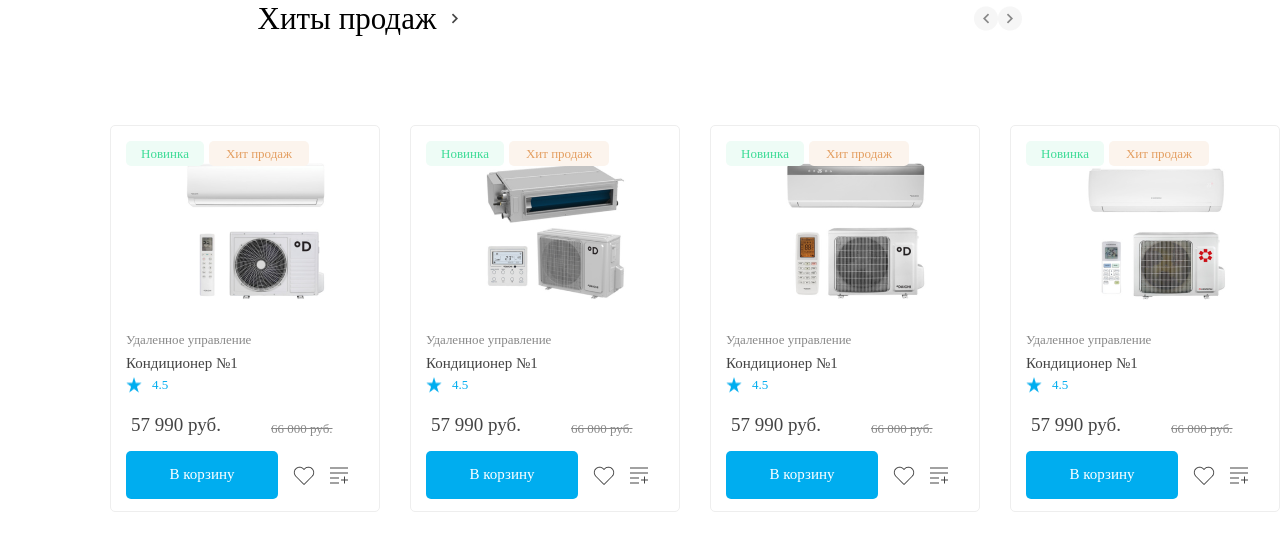
Repository: NikaMana/us
Page: index.html
These files come from the project's save history. The page is drawn as it stood at one moment and after the next save; the edit follows.
The browser window is 1280 px wide. The page is 1286 px wide, so the pictures cover 1286 px, including what lies to the right of the window. The pictures show the whole page.

Above is the page before, as saved 2021-09-15 17:01:34.

### index.html
<!DOCTYPE html>
<html lang="ru">
<head>
    <meta charset="utf-8">
    <title>Main page</title>
    <meta name="viewport" content="widht=1100, initial-scale=1.0">
    <link rel="stylesheet" href="./styles.css">


</head>
<body>
<div class="welcome">
  <div class="welcome__container">
    <div class="welcome__up">
      <div class="welcome__left">
        <h1 class="welcome__hits">Хиты продаж</h1>
        <img class="welcome__arr" src="/img/arrbl.png" alt="blackarrow">
      </div>
      <div class="welcome__right">
        <img class="welcome__arr-left" src="/img/arrleft.png" alt="arrowleft">
        <img class="welcome__arr-right" src="/img/arrright.png" alt="arrowright">
      </div>
    </div>
      <div class="welcome__block-container">
        <div class="welcome__block">
          <div class="welcome__news">
            <div class="welcome__new">Новинка</div>
            <div class="welcome__sale">Хит продаж</div>
          </div>
          <img class="welcome__pic" src="/img/pic1.png" alt="condition">
          <h4 class="welcome__control">Удаленное управление</h4>
          <h3 class="welcome__condition">Кондиционер №1</h3>
          <div class="welcome__rating">
            <img class="welcome__star" src="/img/Star.png" alt="star">
            <span class="welcome__score">4.5</span>
          </div>
          <div class="welcome__price">
            <h2 class="welcome__price-current">57 990 руб.</h2>
            <h3 class="welcome__price-past">66 000 руб.</h3>
          </div>
          <div class="welcome__adding">
            <button class="welcome__button">В корзину</button>
            <img class="welcome__like" src="/img/like.png" alt="like">
            <img class="welcome__plus" src="/img/add.png" alt="add">
          </div>
        </div>
        <div class="welcome__block">
          <div class="welcome__news">
            <div class="welcome__new">Новинка</div>
            <div class="welcome__sale">Хит продаж</div>
          </div>
          <img class="welcome__pic" src="/img/pic2.png" alt="condition">
          <h4 class="welcome__control">Удаленное управление</h4>
          <h3 class="welcome__condition">Кондиционер №1</h3>
          <div class="welcome__rating">
            <img class="welcome__star" src="/img/Star.png" alt="star">
            <span class="welcome__score">4.5</span>
          </div>
          <div class="welcome__price">
            <h2 class="welcome__price-current">57 990 руб.</h2>
            <h3 class="welcome__price-past">66 000 руб.</h3>
          </div>
          <div class="welcome__adding">
            <button class="welcome__button">В корзину</button>
            <img class="welcome__like" src="/img/like.png" alt="like">
            <img class="welcome__plus" src="/img/add.png" alt="add">
          </div>
        </div>
        <div class="welcome__block">
          <div class="welcome__news">
            <div class="welcome__new">Новинка</div>
            <div class="welcome__sale">Хит продаж</div>
          </div>
          <img class="welcome__pic" src="/img/pic3.png" alt="condition">
          <h4 class="welcome__control">Удаленное управление</h4>
          <h3 class="welcome__condition">Кондиционер №1</h3>
          <div class="welcome__rating">
            <img class="welcome__star" src="/img/Star.png" alt="star">
            <span class="welcome__score">4.5</span>
          </div>
          <div class="welcome__price">
            <h2 class="welcome__price-current">57 990 руб.</h2>
            <h3 class="welcome__price-past">66 000 руб.</h3>
          </div>
          <div class="welcome__adding">
            <button class="welcome__button">В корзину</button>
            <img class="welcome__like" src="/img/like.png" alt="like">
            <img class="welcome__plus" src="/img/add.png" alt="add">
          </div>
        </div>
        <div class="welcome__block">
          <div class="welcome__news">
            <div class="welcome__new">Новинка</div>
            <div class="welcome__sale">Хит продаж</div>
          </div>
          <img class="welcome__pic" src="/img/pic4.png" alt="condition">
          <h4 class="welcome__control">Удаленное управление</h4>
          <h3 class="welcome__condition">Кондиционер №1</h3>
          <div class="welcome__rating">
            <img class="welcome__star" src="/img/Star.png" alt="star">
            <span class="welcome__score">4.5</span>
          </div>
          <div class="welcome__price">
            <h2 class="welcome__price-current">57 990 руб.</h2>
            <h3 class="welcome__price-past">66 000 руб.</h3>
          </div>
          <div class="welcome__adding">
            <button class="welcome__button">В корзину</button>
            <img class="welcome__like" src="/img/like.png" alt="like">
            <img class="welcome__plus" src="/img/add.png" alt="add">
          </div>
        </div>
      </div>
  </div>
</div>
</body>

### styles.css
*{
  margin: 0;
  padding: 0;
  box-sizing: border-box;
}
button{
  border: none;
  background: no-repeat;
}
h1, h2,h3,h4,h5{
  font-family: none;
}
.welcome{
  position: absolute;
  width: 100%;
  height: 100%;
  z-index: 0;
}
.welcome__container{
  margin: auto;
}
.welcome__up{
  display: flex;
  flex-direction: row;
  flex-wrap: wrap;
  align-content: center;
  justify-content: space-between;
}
.welcome__left{
  display: flex;
  align-items: center;
  margin: auto;
}
.welcome__right{
  display: flex;
  align-items: center;
  margin: auto;
}
.welcome__hits{
font-family: Gotham Pro;
font-size: 31px;
font-style: normal;
font-weight: 300;
line-height: 37px;
letter-spacing: 0em;
text-align: left;
margin-right: 15px;
}
.welcome__block-container{
  display: flex;
  flex-direction: row;
  flex-wrap: wrap;
  align-content: center;
  justify-content: center;
}
.welcome__news{
  z-index: 1;
  display: flex;
  position: fixed;
}
.welcome__new{
  margin-right: 5px;
align-items: center;
padding: 5px 10px;
position: static;
width: 78px;
height: 25px;
left: 0px;
top: 0px;
background: #EEFCF6;
border-radius: 5px;
font-family: Gotham Pro;
font-style: normal;
font-weight: normal;
font-size: 13px;
line-height: 15px;
text-align: center;
color: #3DDC97;
}
.welcome__sale{
  position: static;
  padding: 5px 10px;
width: 100px;
height: 25px;
left: 83px;
top: 0px;
background: #FCF4ED;
border-radius: 5px;
font-family: Gotham Pro;
font-style: normal;
font-weight: normal;
font-size: 13px;
line-height: 15px;
align-items: center;
text-align: center;
color: #E49F62;
}
.welcome__block{
height: 387px;
width: 270px;
left: 55px;
top: 88px;
border-radius: 5px;
position: relative;
height: 387px;
left: 55px;
right: 955px;
top: 88px;
background: #FFFFFF;
border: 1px solid #EEEEEE;
box-sizing: border-box;
border-radius: 5px;
margin: 0px 15px;
padding: 15px;
}
.welcome__pic{
z-index: 0;
margin: 15px;
height: 150px;
left: 20px;
right: 20px;
top: 20px;
}
.welcome__control{
  position: static;
width: 230px;
height: 19px;
left: 0px;
top: 0px;
font-family: Gotham Pro;
font-style: normal;
font-weight: normal;
font-size: 13px;
line-height: 19px;
color: #888888;
flex: none;
order: 0;
align-self: stretch;
flex-grow: 0;
margin: 5px 0px;
}
.welcome__condition{
  position: static;
width: 230px;
height: 18px;
left: 0px;
top: 0px;
font-family: Gotham Pro;
font-style: normal;
font-weight: normal;
font-size: 15px;
line-height: 18px;
color: #444444;
flex: none;
order: 0;
align-self: stretch;
flex-grow: 0;
margin: 5px 0px;
}
.welcome__rating{
  display: flex;
}
.welcome__star{
  position: static;
width: 16px;
height: 16px;
left: 0px;
top: 0px;
flex: none;
order: 0;
flex-grow: 0;
margin-right: 5px;
}
.welcome__score{
  position: static;
width: 165px;
height: 15px;
left: 21px;
top: 0px;
font-family: Gotham Pro;
font-style: normal;
font-weight: normal;
font-size: 13px;
line-height: 15px;
display: flex;
align-items: center;
color: #00ADEF;
flex: none;
order: 1;
flex-grow: 1;
margin: 0px 5px;
}
.welcome__price{
  display: flex;
  margin-top: 20px;
  margin-bottom: 15px;
}
.welcome__price-current{
  position: static;
width: 130px;
height: 23px;
left: 0px;
top: 0px;
font-family: Gotham Pro;
font-style: normal;
font-weight: normal;
font-size: 19px;
line-height: 23px;
display: flex;
align-items: flex-end;
color: #444444;
flex: none;
order: 0;
flex-grow: 0;
margin: 0px 5px;
}
.welcome__price-past{
  position: static;
width: 103px;
height: 23px;
left: 135px;
top: 0px;
font-family: Gotham Pro;
font-style: normal;
font-weight: normal;
font-size: 13px;
line-height: 15px;
display: flex;
align-items: flex-end;
text-decoration-line: line-through;
color: #888888;
flex: none;
order: 1;
flex-grow: 0;
margin: 0px 5px;
}
.welcome__adding{
  display: flex;
  align-items: center;
}
.welcome__button{
  display: flex;
flex-direction: row;
justify-content: center;
align-items: center;
padding: 14px 40px 16px;
position: static;
width: 152px;
height: 48px;
left: 0px;
top: 0px;
background: #00ADEF;
border-radius: 5px;
flex: none;
order: 0;
font-family: Gotham Pro;
font-style: normal;
font-weight: normal;
font-size: 15px;
line-height: 18px;
color: #FFFFFF;
margin-right: 15px;
cursor: pointer;
}
.welcome__like{
cursor: pointer;
margin-right: 15px;
}
.welcome__plus{
cursor: pointer;;
}

After the next save:
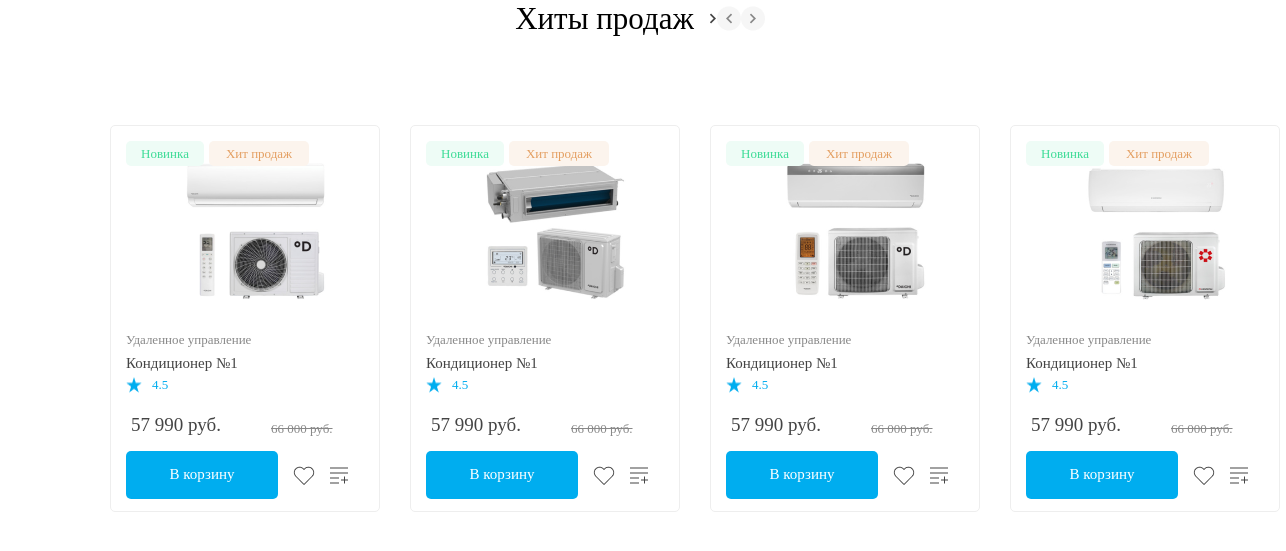
Saved 46 s later.
--- a/styles.css
+++ b/styles.css
@@ -17,7 +17,11 @@
   z-index: 0;
 }
 .welcome__container{
-  margin: auto;
+  display: flex;
+    flex-direction: row;
+    flex-wrap: wrap;
+    align-content: center;
+    justify-content: center;
 }
 .welcome__up{
   display: flex;

After the save that followed:
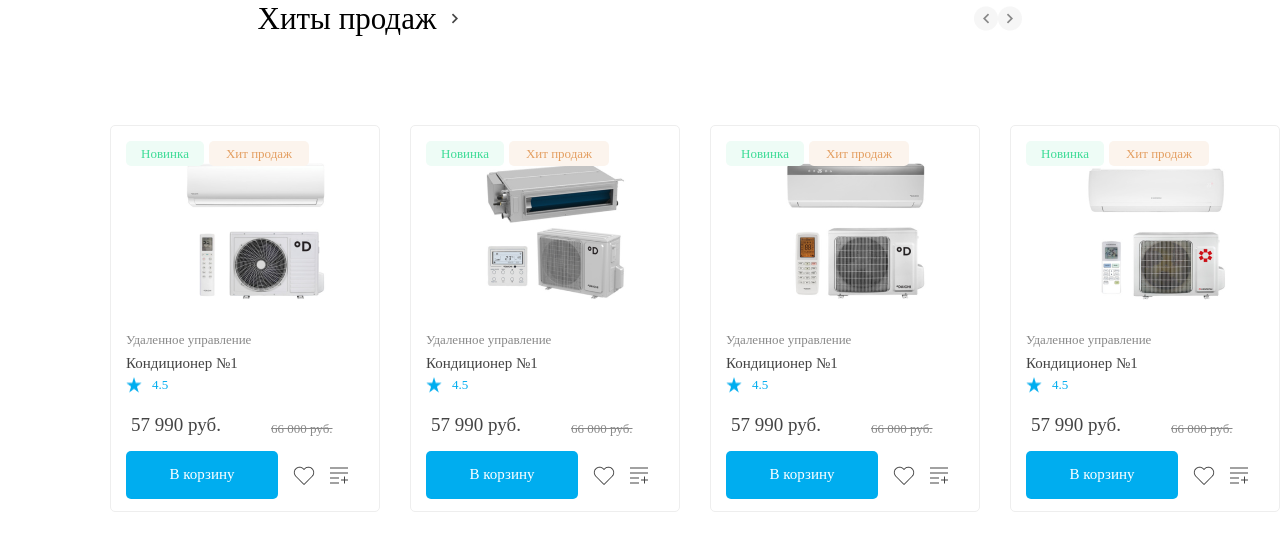
Saved 2 min 12 s later.
--- a/styles.css
+++ b/styles.css
@@ -15,13 +15,6 @@
   width: 100%;
   height: 100%;
   z-index: 0;
-}
-.welcome__container{
-  display: flex;
-    flex-direction: row;
-    flex-wrap: wrap;
-    align-content: center;
-    justify-content: center;
 }
 .welcome__up{
   display: flex;
